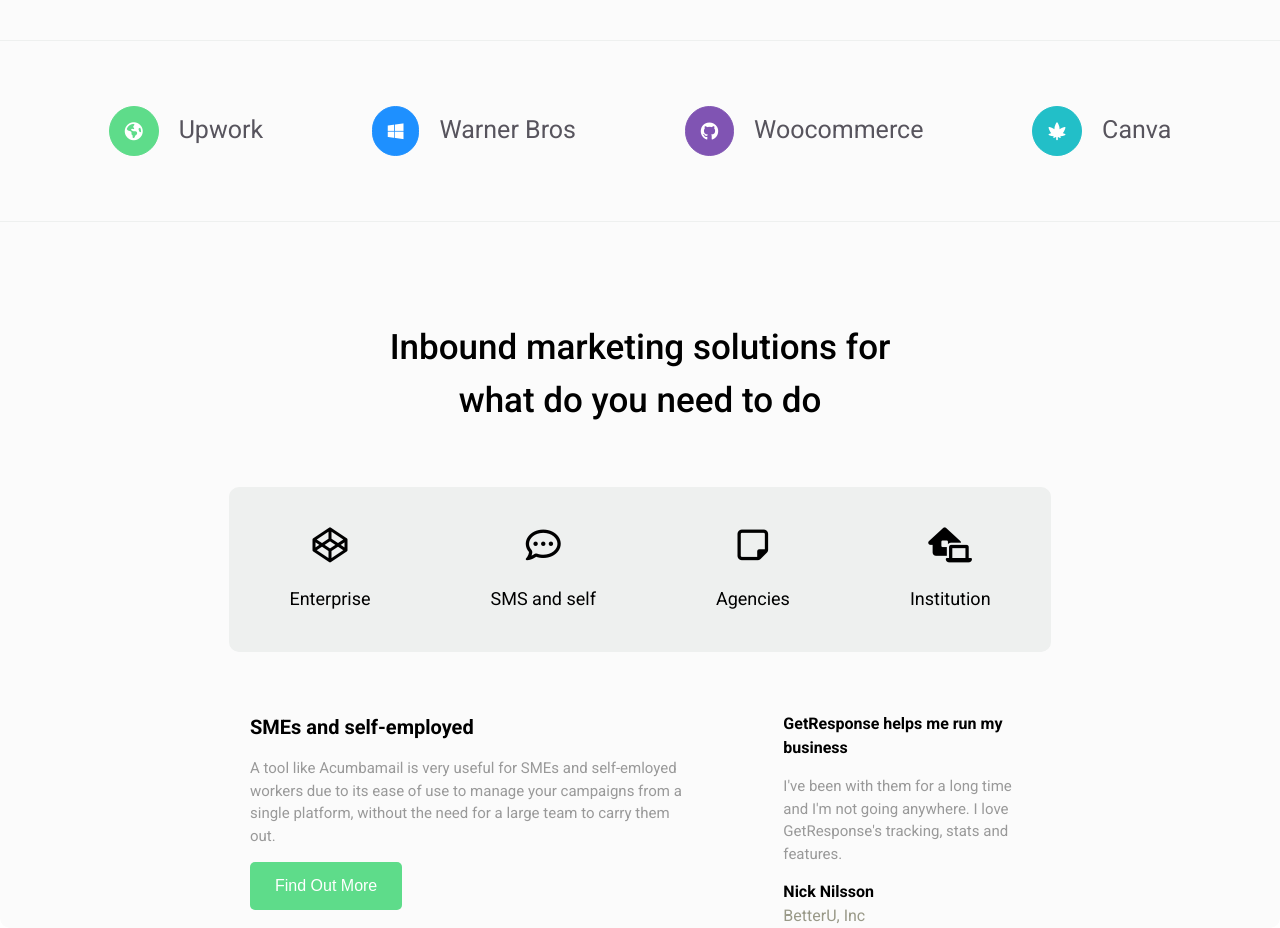
Repository: phanhuy16/Folder
Page: sign/index.html
These files come from the project's save history. The page is drawn as it stood at one moment and after the next save; the edit follows.
The browser window is 1280 px wide. The pictures show the part of the page from y = 1032 to 1984 px (the page is 1960 px tall before and 1984 px after).

Above is the page before, as saved 2023-05-02 09:28:28.

After the next save:
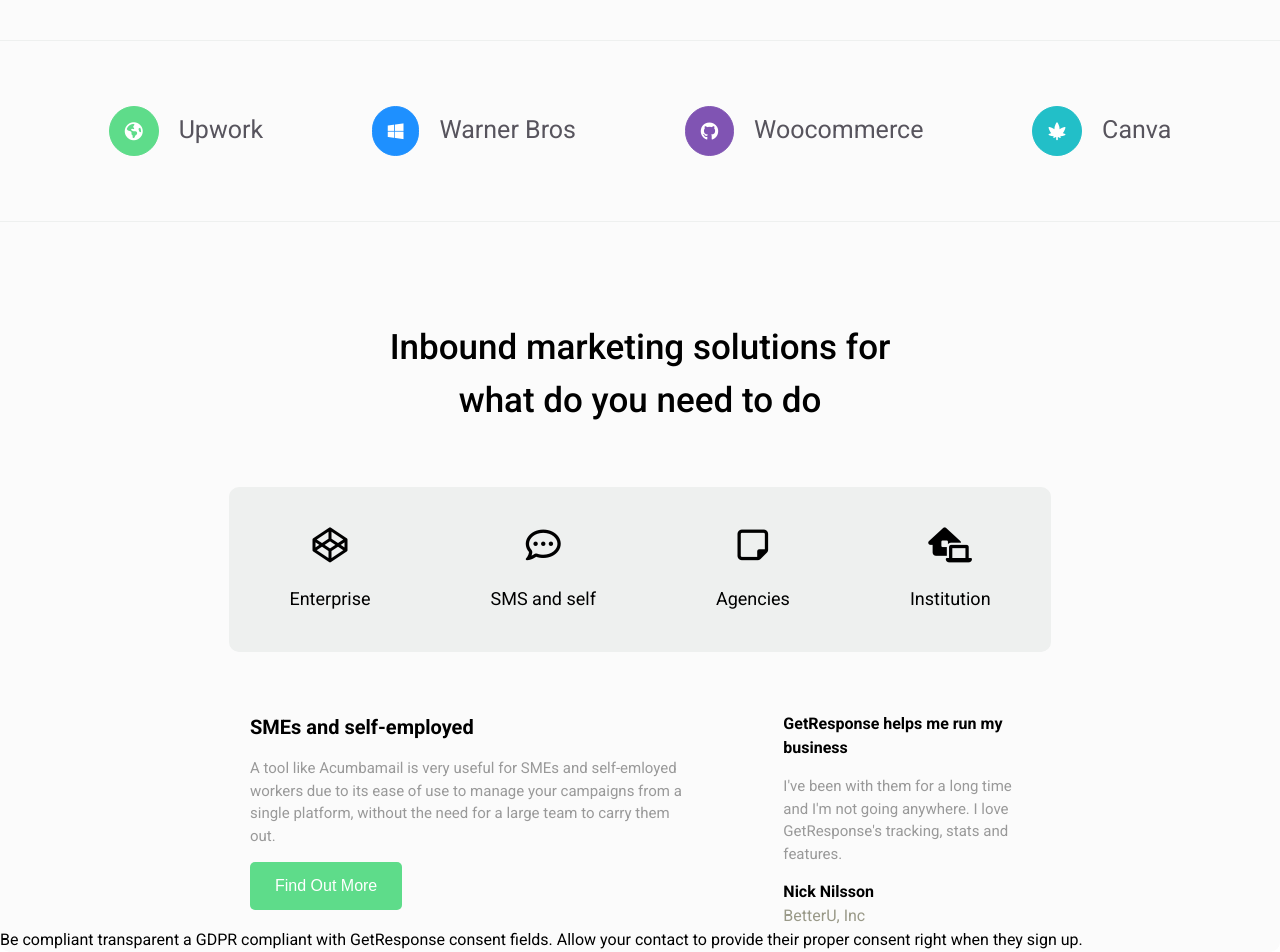
Saved 7 min 38 s later.
--- a/sign/index.html
+++ b/sign/index.html
@@ -93,6 +93,14 @@
                     <span class="author-name" style="color: #998;">BetterU, Inc</span>
                 </div>
             </div>
+
+            <div class="information">
+                <div class="compliant">
+                    <p class="compliant-text">
+                        Be compliant transparent a GDPR compliant with GetResponse consent fields. Allow your contact to provide their proper consent right when they sign up.
+                    </p>
+                </div>
+            </div>
         </div>
     </div>
 </body>
